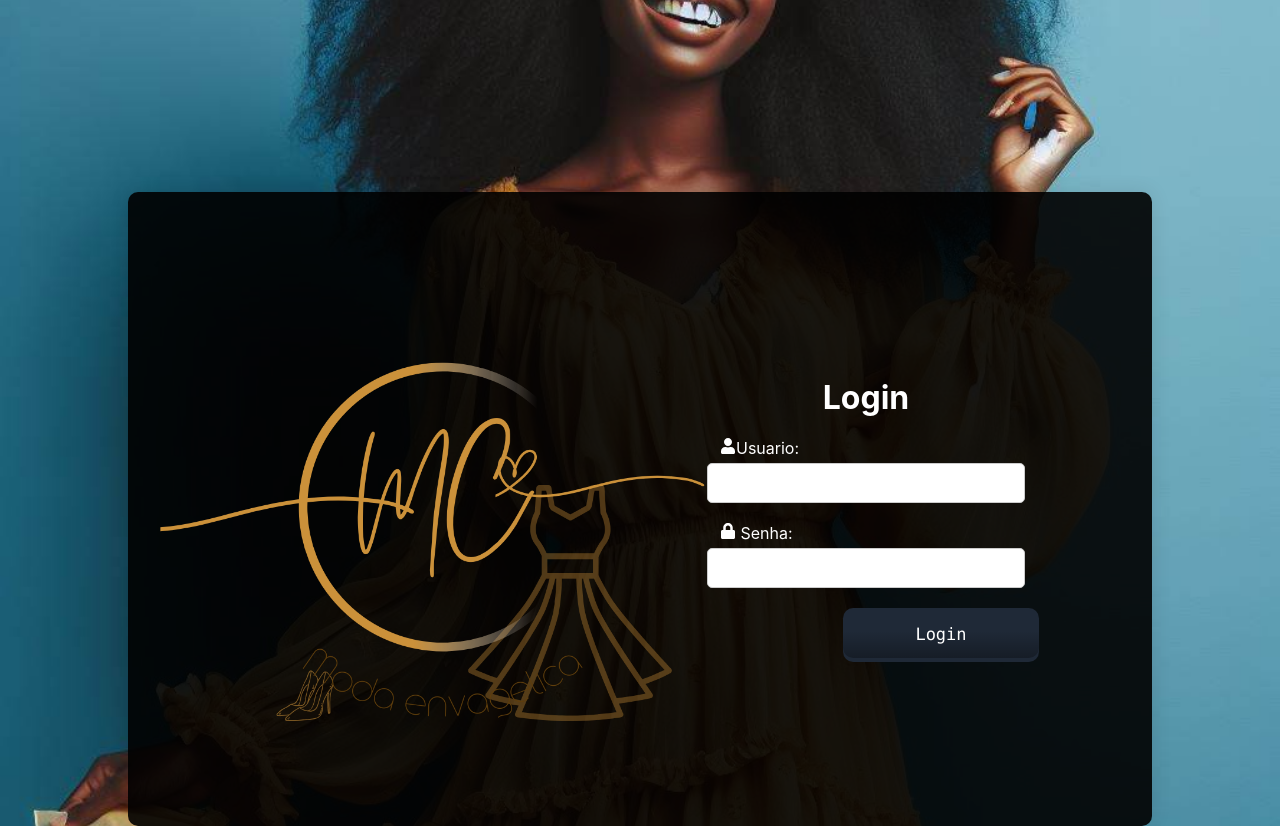
Repository: Mixchelle/ecommerce-moda-evangelica
Page: /login-admin
These files come from the project's save history. The page is drawn as it stood at one moment and after the next save; the edit follows.
The browser window is 1280 px wide. The pictures show the whole page.
The project was rebuilt for these pictures with package versions that can differ from the ones it lists, and the page was loaded fresh each time. Also part of the build but not shown: src/components/Header.js, src/components/CategoriesFilter.js, src/pages/Home.js, src/pages/Login.js, src/pages/Admin.js, src/pages/Cart.js.

Above is the page before, as saved 2024-04-29 22:17:59.

After the next save:
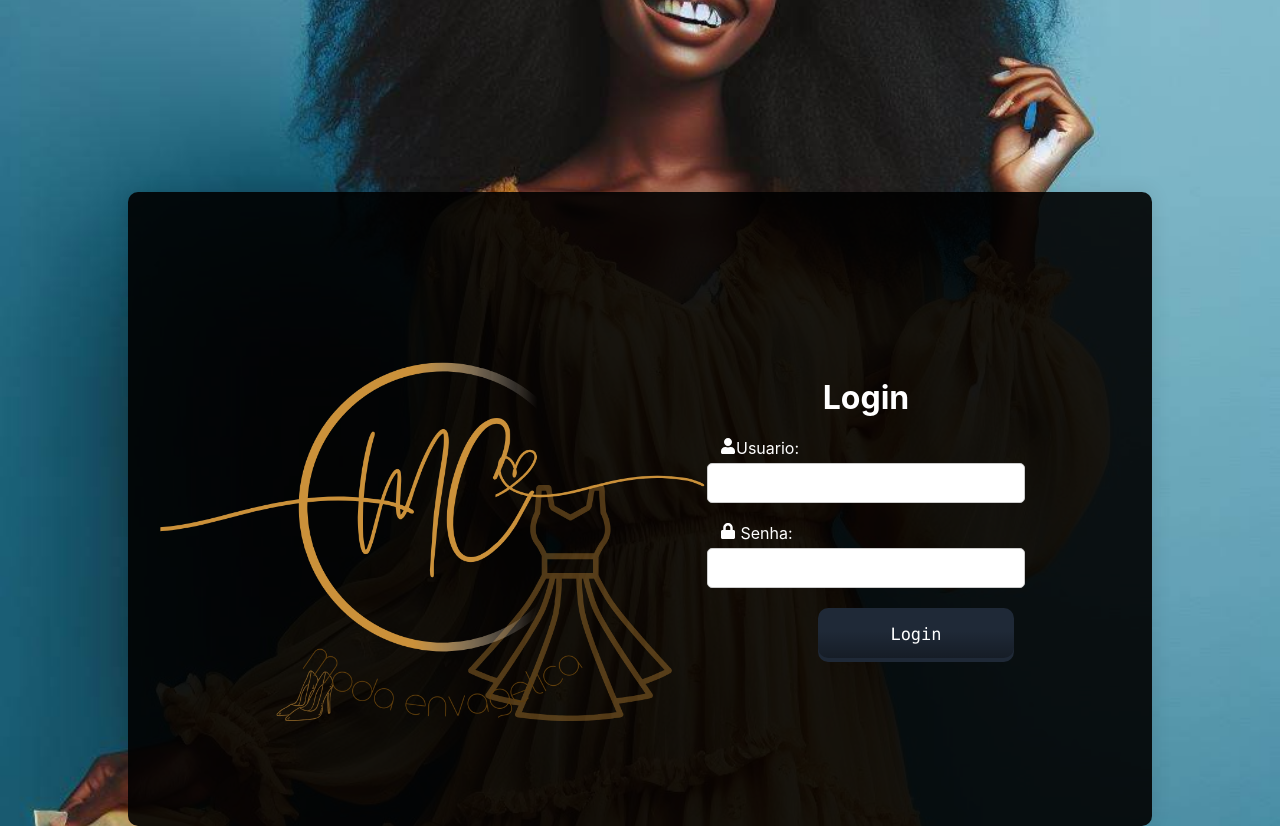
Saved 16 s later.
--- a/src/style/Login.css
+++ b/src/style/Login.css
@@ -80,7 +80,7 @@
   cursor: pointer;
   outline: none;
   transition: background-color 0.3s ease;
-  margin-left: 150px;
+  margin-left: 100px;
 }
 
 button:hover {
